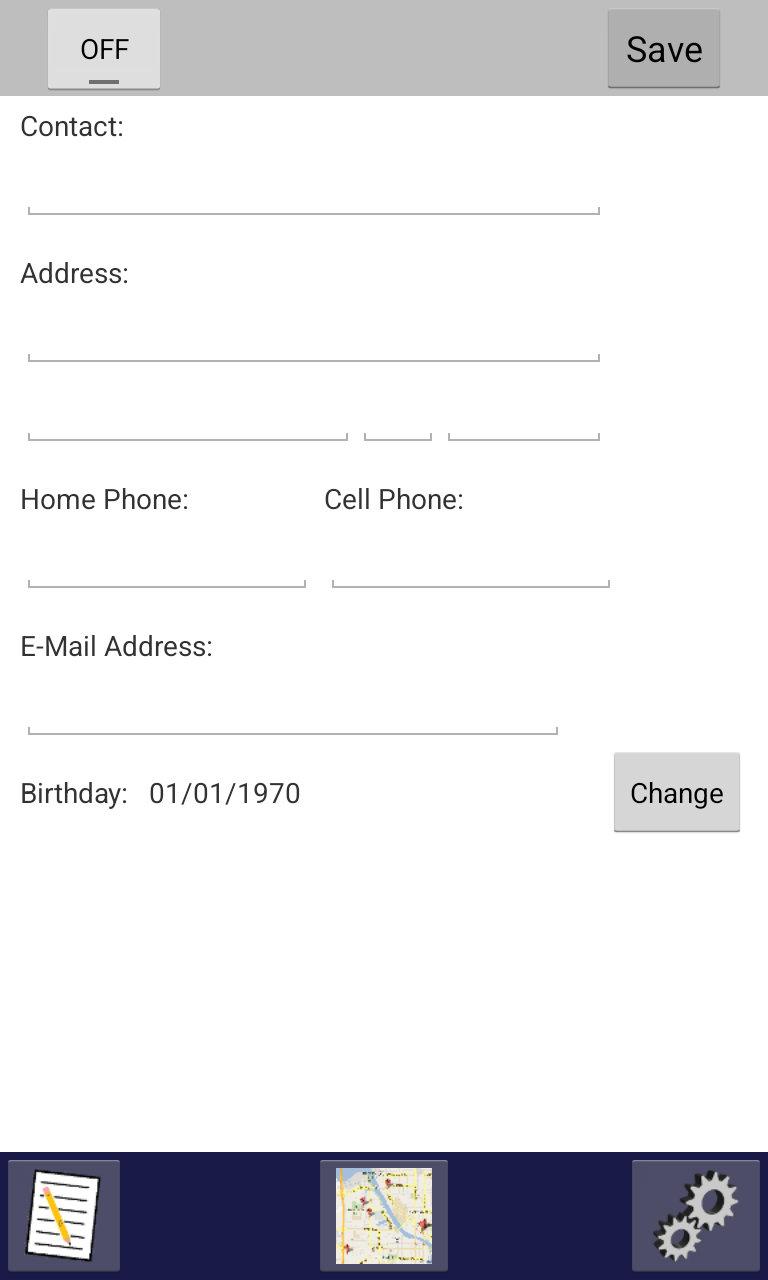
Repository: KarthikDulam/MobileAppDevelopment
Layout: MycontactList/res/layout/activity_contact.xml
An editor plug-in stored every save of this project. The layout is shown before and after the next save, followed by the edit.
It is drawn on a 768 x 1280 px phone screen (xhdpi) without system bars, with theme AppTheme; the app's code is not run.

Above is the layout before, as saved 2016-03-29 23:22:11.

### MycontactList/res/layout/activity_contact.xml
<RelativeLayout xmlns:android="http://schemas.android.com/apk/res/android"
    xmlns:tools="http://schemas.android.com/tools"
    android:layout_width="match_parent"
    android:layout_height="match_parent"
    tools:context="com.example.mycontactlist.ContactActivity" >

    <RelativeLayout
        android:id="@+id/navbar"
        android:layout_width="fill_parent"
        android:layout_height="wrap_content"
        android:layout_alignParentBottom="true"
        android:background="@color/navbar_background" >

        <ImageButton
            android:id="@+id/imageButton1"
            android:layout_width="wrap_content"
            android:layout_height="wrap_content"
            android:layout_centerVertical="true"
            android:layout_marginRight="20dp"
            android:layout_toLeftOf="@+id/imageButtonMap"
            android:src="@drawable/contactlisticon" />

        <ImageButton
            android:id="@+id/imageButtonSettings"
            android:layout_width="wrap_content"
            android:layout_height="wrap_content"
            android:layout_alignParentRight="true"
            android:layout_alignParentTop="true"
            android:src="@drawable/settingsicon" />

        <ImageButton
            android:id="@+id/imageButton2"
            android:layout_width="wrap_content"
            android:layout_height="wrap_content"
            android:layout_alignParentTop="true"
            android:layout_centerHorizontal="true"
            android:src="@drawable/mapicon" />

    </RelativeLayout>

    <RelativeLayout
        android:id="@+id/toolbar"
        android:layout_width="match_parent"
        android:layout_height="wrap_content"
        android:layout_alignParentLeft="true"
        android:layout_alignParentTop="true"
        android:background="@color/toolbar_background" >

        <ToggleButton
            android:id="@+id/toggleButtonEdit"
            android:layout_width="wrap_content"
            android:layout_height="wrap_content"
            android:layout_alignParentLeft="true"
            android:layout_marginLeft="20dp"
            android:text="ToggleButton" />

        <Button
            android:id="@+id/buttonSave"
            android:layout_width="wrap_content"
            android:layout_height="wrap_content"
            android:layout_alignParentRight="true"
            android:layout_marginRight="20dp"
            android:text="Save" />

    </RelativeLayout>

    <ScrollView
        android:id="@+id/scrollView1"
        android:layout_width="match_parent"
        android:layout_height="wrap_content"
        android:layout_alignParentLeft="true"
        android:layout_below="@+id/toolbar"
        android:layout_above="@+id/navbar" >

        <RelativeLayout
            android:layout_width="match_parent"
            android:layout_height="match_parent" >



            <TextView
                android:id="@+id/textContact"
                android:layout_width="wrap_content"
                android:layout_height="wrap_content"
                android:layout_alignParentLeft="true"
                android:layout_alignParentTop="true"
                android:layout_marginLeft="10dp"
                android:layout_marginTop="5dp"
                android:text="Contact:"
                android:textAppearance="?android:attr/textAppearanceSmall" />

            <EditText
                android:id="@+id/editName"
                android:layout_width="wrap_content"
                android:layout_height="wrap_content"
                android:layout_alignParentLeft="true"
                android:layout_marginLeft="10dp"
                android:layout_below="@+id/textContact"
                android:ems="14"
                android:imeOptions="actionNext"
                android:inputType="textCapWords" >

            </EditText>

            <TextView
                android:id="@+id/textAddress"
                android:layout_width="wrap_content"
                android:layout_height="wrap_content"
                android:layout_alignParentLeft="true"
                android:layout_below="@+id/editName"
                android:layout_marginLeft="10dp"
                android:layout_marginTop="15dp"
                android:text="Address:"
                android:textAppearance="?android:attr/textAppearanceSmall" />

           <EditText
                android:id="@+id/editAddress"
                android:layout_width="wrap_content"
                android:layout_height="wrap_content"
                android:layout_alignParentLeft="true"
                android:layout_marginLeft="10dp"
                android:layout_below="@+id/textAddress"
                android:ems="14"
                android:imeOptions="actionNext"
                android:inputType="textCapWords" >

            </EditText>

           <EditText
                android:id="@+id/editCity"
                android:layout_width="wrap_content"
                android:layout_height="wrap_content"
                android:layout_alignParentLeft="true"
                android:layout_marginLeft="10dp"
                android:layout_below="@+id/editAddress"
                android:ems="8"
                android:imeOptions="actionNext"
                android:nextFocusDown="@+id/editState"
                android:inputType="textCapWords" >

            </EditText>

           <EditText
                android:id="@+id/editState"
                android:layout_width="wrap_content"
                android:layout_height="wrap_content"
                android:layout_toRightOf="@+id/editCity"
                android:layout_alignBottom="@+id/editCity"
                android:ems="2"
                android:maxLength="2"
                android:imeOptions="actionNext"
                android:nextFocusDown="@+id/editZipcode"
                android:inputType="textCapCharacters" >

            </EditText>

            <EditText
                android:id="@+id/editZipcode"
                android:layout_width="wrap_content"
                android:layout_height="wrap_content"
                android:layout_toRightOf="@+id/editState"
                android:layout_alignBottom="@+id/editState"
                android:ems="4"
                android:maxLength="5"
                android:imeOptions="actionNext"
                android:nextFocusDown="@+id/editHome"
                android:inputType="numberSigned" >

            </EditText>

           <TextView
                android:id="@+id/textHome"
                android:layout_width="wrap_content"
                android:layout_height="wrap_content"
                android:layout_alignParentLeft="true"
                android:layout_below="@+id/editCity"
                android:layout_marginLeft="10dp"
                android:layout_marginTop="15dp"
                android:text="Home Phone:"
                android:textAppearance="?android:attr/textAppearanceSmall" />

           <EditText
                android:id="@+id/editHome"
                android:layout_width="wrap_content"
                android:layout_height="wrap_content"
                android:layout_alignParentLeft="true"
                android:layout_marginLeft="10dp"
                android:layout_below="@+id/textHome"
                android:imeOptions="actionNext"
                android:maxLength="14"
                android:ems="7"
                android:nextFocusDown="@+id/editCell"
                android:inputType="textCapWords" >

            </EditText>

           <TextView
                android:id="@+id/textCell"
                android:layout_width="wrap_content"
                android:layout_height="wrap_content"
                android:layout_alignBottom="@+id/textHome"
                android:layout_alignLeft="@+id/editCell"
                android:text="Cell Phone:"
                android:textAppearance="?android:attr/textAppearanceSmall" />

           <EditText
                android:id="@+id/editCell"
                android:layout_width="wrap_content"
                android:layout_height="wrap_content"
                android:layout_marginLeft="5dp"
                android:layout_toRightOf="@+id/editHome"
                android:layout_alignBottom="@+id/editHome"
                android:maxLength="14"
                android:ems="7"
                android:imeOptions="actionNext"
                android:nextFocusDown="@+id/editEMail"
                android:inputType="textCapWords" >

            </EditText>

           <TextView
                android:id="@+id/textEMail"
                android:layout_width="wrap_content"
                android:layout_height="wrap_content"
                android:layout_alignParentLeft="true"
                android:layout_below="@+id/editHome"
                android:layout_marginLeft="10dp"
                android:layout_marginTop="15dp"
                android:text="E-Mail Address:"
                android:textAppearance="?android:attr/textAppearanceSmall" />

           <EditText
                android:id="@+id/editEMail"
                android:layout_width="wrap_content"
                android:layout_height="wrap_content"
                android:layout_alignParentLeft="true"
                android:layout_marginLeft="10dp"
                android:layout_below="@+id/textEMail"
                android:ems="13"
                android:inputType="textEmailAddress" >

            </EditText>

           <TextView
                android:id="@+id/textBday"
                android:layout_width="wrap_content"
                android:layout_height="wrap_content"
                android:layout_alignParentLeft="true"
                android:layout_below="@+id/editEMail"
                android:layout_marginLeft="10dp"
                android:layout_marginTop="15dp"
                android:paddingBottom="25dp"
                android:text="Birthday:"
                android:textAppearance="?android:attr/textAppearanceSmall" />

           <TextView
                android:id="@+id/textBirthday"
                android:layout_width="wrap_content"
                android:layout_height="wrap_content"
                android:layout_toRightOf="@+id/textBday"
                android:layout_alignBottom="@+id/textBday"
                android:layout_marginLeft="10dp"
                android:paddingBottom="25dp"
                android:text="01/01/1970"
                android:textAppearance="?android:attr/textAppearanceSmall" />

           <Button
               android:id="@+id/btnBirthday"
               style="?android:attr/buttonStyleSmall"
               android:layout_width="wrap_content"
               android:layout_height="wrap_content"
               android:layout_alignParentRight="true"
               android:layout_marginRight="10dp"
               android:layout_alignBaseline="@+id/textBirthday"
               android:text="Change" />



        </RelativeLayout>
    </ScrollView>


</RelativeLayout>

### MycontactList/res/values/Color.xml
<?xml version="1.0" encoding="utf-8"?>
<resources>
    <color name="navbar_background">#1a1a48</color>
    <color name="toolbar_background">#bebebe</color>


</resources>

Loaded but not shown: MycontactList/res/values/styles.xml (common file); MycontactList/res/values-v11/styles.xml (common file); MycontactList/res/values-v14/styles.xml (common file)

After the next save:
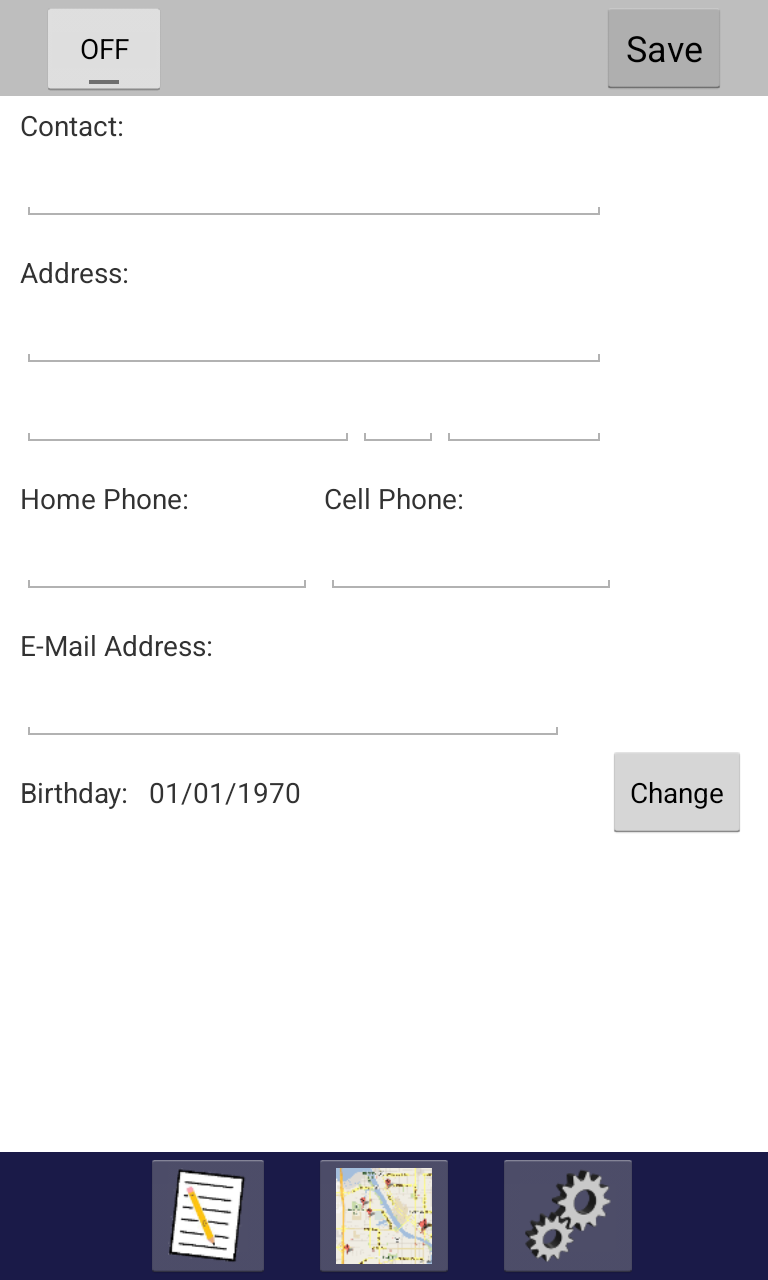
Saved 4 min 19 s later.
--- a/MycontactList/res/layout/activity_contact.xml
+++ b/MycontactList/res/layout/activity_contact.xml
@@ -2,7 +2,15 @@
     xmlns:tools="http://schemas.android.com/tools"
     android:layout_width="match_parent"
     android:layout_height="match_parent"
-    tools:context="com.example.mycontactlist.ContactActivity" >
+    tools:context=".ContactActivity" >
+
+                <LinearLayout
+            android:focusable="true"
+            android:focusableInTouchMode="true"
+            android:layout_width="0px"
+            android:layout_height="0px" />
+
+
 
     <RelativeLayout
         android:id="@+id/navbar"
@@ -12,7 +20,7 @@
         android:background="@color/navbar_background" >
 
         <ImageButton
-            android:id="@+id/imageButton1"
+            android:id="@+id/imageButtonList"
             android:layout_width="wrap_content"
             android:layout_height="wrap_content"
             android:layout_centerVertical="true"
@@ -21,21 +29,21 @@
             android:src="@drawable/contactlisticon" />
 
         <ImageButton
+            android:id="@+id/imageButtonMap"
+            android:layout_width="wrap_content"
+            android:layout_height="wrap_content"
+            android:layout_centerHorizontal="true"
+            android:layout_centerVertical="true"
+            android:src="@drawable/mapicon" />
+
+        <ImageButton
             android:id="@+id/imageButtonSettings"
             android:layout_width="wrap_content"
             android:layout_height="wrap_content"
-            android:layout_alignParentRight="true"
-            android:layout_alignParentTop="true"
+            android:layout_centerVertical="true"
+            android:layout_marginLeft="20dp"
+            android:layout_toRightOf="@+id/imageButtonMap"
             android:src="@drawable/settingsicon" />
-
-        <ImageButton
-            android:id="@+id/imageButton2"
-            android:layout_width="wrap_content"
-            android:layout_height="wrap_content"
-            android:layout_alignParentTop="true"
-            android:layout_centerHorizontal="true"
-            android:src="@drawable/mapicon" />
-
     </RelativeLayout>
 
     <RelativeLayout
@@ -61,7 +69,6 @@
             android:layout_alignParentRight="true"
             android:layout_marginRight="20dp"
             android:text="Save" />
-
     </RelativeLayout>
 
     <ScrollView
